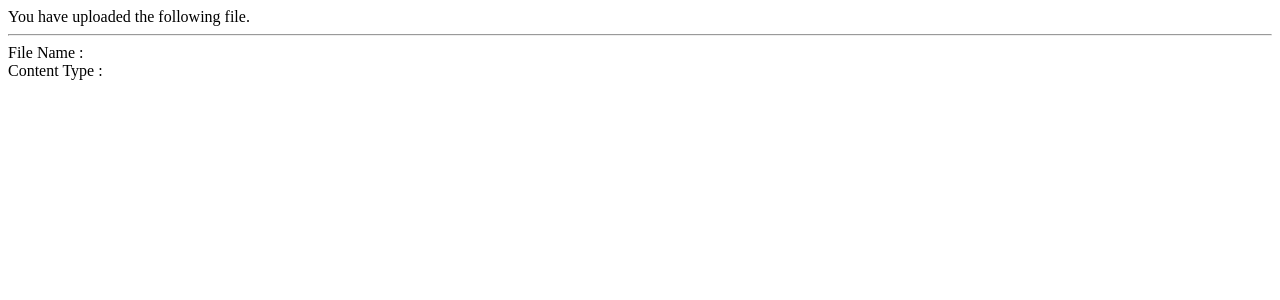
Repository: ngogiangthanh/wba-chuyende
Page: http://localhost/mylogin/success.jsp
An editor plug-in stored every save of this project. The page is shown before and after the next save, followed by the edit.
The browser window is 1280 px wide. The pictures show the whole page.
The page is served by Tomcat 9. Nobody is signed in. The application's start-up code is not run.

Above is the page before, as saved 2015-11-18 06:44:45.

After the next save:
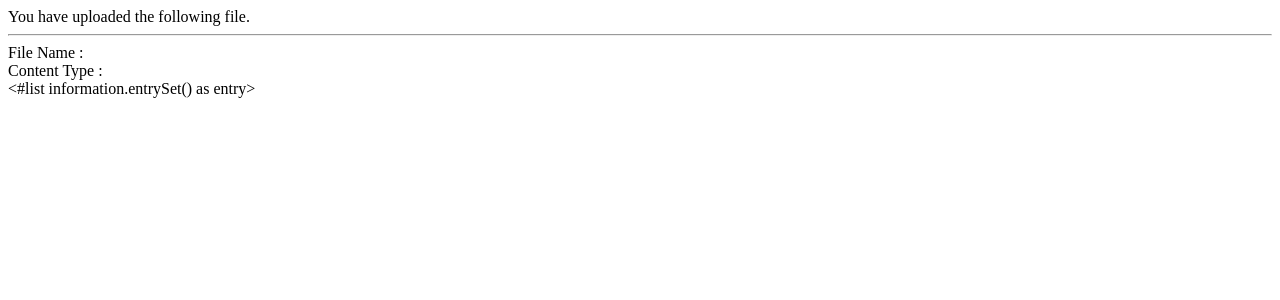
Saved 59 s later.
--- a/mylogin/WebContent/success.jsp
+++ b/mylogin/WebContent/success.jsp
@@ -11,5 +11,8 @@ You have uploaded the following file.
 <hr>
 File Name : ${userImageFileName} <br>
 Content Type : ${userImageContentType}
+<br/>
+							<#list information.entrySet() as entry>
+</#list>
 </body>
 </html>
